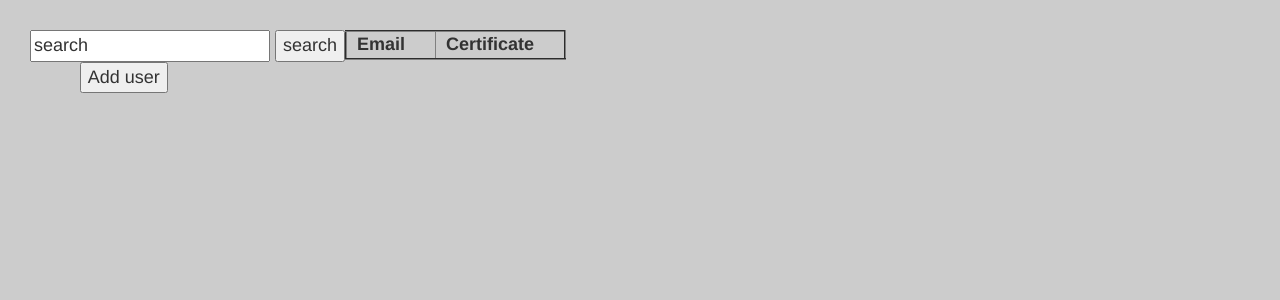
Repository: marijabroceta/ProjekatIB
Page: IB_Project_Shell/src/main/resources/static/main_page.html
These files come from the project's save history. The page is drawn as it stood at one moment and after the next save; the edit follows.
The browser window is 1280 px wide. The pictures show the whole page.
The page's requests for data from a server got no answer.

Above is the page before, as saved 2018-06-30 22:28:02.

### IB_Project_Shell/src/main/resources/static/main_page.html
<!DOCTYPE html>
<html>
<head>
	<title>Main</title>
	<script src="js/jquery-2.1.4.min.js"></script>
	<link rel="stylesheet" type="text/css" href="bootstrap/css/bootstrap.min.css"/>
    <script src="bootstrap/js/bootstrap.min.js"></script>
    <link rel="stylesheet" type="text/css" href="css/main_page.css">
    <script src="js/main_page.js" type="text/javascript"></script>
</head>
<body>

	<div id="table">
		<div id="search_div">
			<input type="text" name="search" id="search" value="search"/>
			<input type="button" name="search_btn" id="search_btn" value="search"/>
		</div>
		<table id="users_table" border="2">
			<tr>
				<th>Email</th>
				<th>Certificate</th>
			</tr>
		</table>
		<div id="buttons">
			<button id="add_user">Add user</button>
			<button id="activate_user">Activate user</button>
		</div>

		<div id="add_form">
			<form name="add_user_form" method="post" id="add_user_form">
		       	<label id="email_lbl" for="email">Email</label>
		 		<input type="text" id="email" name="email"><br>
		 		<label id="pass_lbl" for="password">Password</label>
		 		<input type="password" id="password" name="password"><br>
		 		<input type="submit" name="submit" id="submit" value="submit" class="button" /><br>
		 		<input type="button" name="cancel" id="cancel" value="cancel" class="button" />
	    	</form>
		</div>
		<div id="table_inactive">
			<table id="users_inactive" border="2">

		</table>
		</div>
	</div>

</body>
</html>

### IB_Project_Shell/src/main/resources/static/css/main_page.css
#table{
	/*position: absolute;
    top: 20%;
    left: 30%;
    right: 30%;
    bottom: 20%;*/
    margin-top: 30px;
    margin-left: 30px;
    font-size: 18px;
}

#users_table{
	float:left;
}

#table_inactive{
	margin-top: 30px;

    font-size: 18px;
}

th{
	padding-right: 30px;
	padding-left: 10px;
}

body {
    text-align: center;
    background: #ccc;
}

#buttons{
	margin-top: 30px;
	margin-right: 85%;
}



#add_form{
	margin-top: 30px;
}

/*label,input {
 display: block;
width: 200px;
 float: left;
 margin-left: 20px;
 margin-bottom: 10px;

}*/

#email_lbl,#pass_lbl,#email,#password,#submit,#cancel{
	display: block;
	width: 200px;
 	float: left;
 	margin-left: 20px;
 	margin-bottom: 10px;
}

#search_div{
	float:left;
}

label {
 text-align: right;
 width: 75px;
 padding-right: 20px;

}

br {
 clear: left;
}

#submit,#cancel{
	margin-left:115px;
}

### IB_Project_Shell/src/main/resources/static/js/main_page.js
$(document).ready(function(){
	var user_id = 0;
	var token = localStorage.getItem("token");
	console.log(token);
	var logged = null;
	var activate_user = $('#activate_user');
	$('#add_form').hide();
	activate_user.hide();

	$.ajax({
		url: "https://localhost:8443/api/users/logged",
		type: 'GET',
		headers: { "Authorization": "Bearer " + token},
		contentType : "application/json",
		dataType:'json',
		crossDomain: true,
		success : function(response) {

			console.log("logged " + response.authorities[0].name);
			logged = response;
			if(logged.authorities[0].name == "ADMIN"){
				activate_user.show();
				activate_user.on('click',function(e){
					$.ajax({
						headers:{"Authorization" :"Bearer " + token},
						contentType: 'application/json',
						type: 'GET',
						dataType:'json',
						crossDomain: true,
						url:'https://localhost:8443/api/users/inactive',
						success:function(response){
							table_header_inactive();
							var table = $('#users_inactive');
							for(var i=0; i<response.length; i++) {
								user = response[i];
								console.log(user);
								table.append('<tr class="data">'+
												'<td>'+user.email+'</td>'+
												'<td>'+user.active+'</td>'+
												'<td><button id="activate_btn" onclick="activate_users(' + user.id + ')" class="btn btn-default">Activate</button></td>'+
											'</tr>');
							}
						}
					});
				});
			}
		},
		error: function (jqXHR, textStatus, errorThrown) {
			console.log(jqXHR.status);
			console.log(jqXHR);

		}
	});


	$.ajax({

		headers:{"Authorization" :"Bearer " + token
			},
		contentType: 'application/json',
		type: 'GET',
		dataType:'json',
		crossDomain: true,
		url:'https://localhost:8443/api/users',
		success:function(response){
			table_header();
			var table = $('#users_table');
			for(var i=0; i<response.length; i++) {
				user = response[i];
				console.log(user);
				table.append('<tr class="data">'+
								'<td>'+user.email+'</td>'+
								'<td>'+user.authorities[0].name+'</td>'+
								'<td><button class="btn btn-default">Download</button></td>'+
							'</tr>');
			}
		},
		error: function (jqXHR, textStatus, errorThrown) {
			console.log(jqXHR);
			alert(textStatus);
		}
	});




	$('#add_user').on('click',function(e){
		$('#add_form').show();
		e.preventDefault();
		return false;
	});

	$('#cancel').on('click',function(e){
		$('#add_form').hide();
		e.preventDefault();
		return false;
	});

	$('input#submit').on('click',function(e){

		console.log("submit");
		var email = $('#email').val().trim();
		var password = $('#password').val().trim();

		var data = {
				'email':email,
				'password':password
			}
			console.log(data);
		$.ajax({
				type: 'POST',
		        contentType: 'application/json',
		        headers:{"Authorization" :"Bearer " + token,
		        	"Access-Control-Allow-Origin": "*"},
		        url: 'https://localhost:8443/api/users/save',
		        data: JSON.stringify(data),
		        dataType: 'json',
		        crossDomain: true,
				cache: false,
				processData: false,
				success:function(response){
					alert("Created");
				},
				error: function (jqXHR, textStatus, errorThrown) {
					console.log(jqXHR);
					alert(textStatus);
				}
		});
		e.preventDefault();
		return false;
	});
});

function table_header(){
	var table = $('#users_table');
	table.empty();
	table.append('<tr>'+
					'<th>Email</th>'+
					'<th>Role</th>'+
					'<th>Certificate</th>'+
				'</tr>');
}

function table_header_inactive(){
	var table = $('#users_inactive');
	table.empty();
	table.append('<tr>'+
					'<th>Email</th>'+
					'<th>Active</th>'+

				'</tr>');
}

function activate_users(id){
	var token = localStorage.getItem("token");
	user_id = id;
	console.log(user_id);
	$.ajax({
		type: 'PUT',
        contentType: 'application/json',
        headers:{"Authorization" :"Bearer " + token},

        url: 'https://localhost:8443/api/users/' + id,

        dataType: 'json',
        crossDomain: true,
		cache: false,
		processData: false,
		success:function(response){
			alert("Activated");
		},
		error: function (jqXHR, textStatus, errorThrown) {
			console.log(jqXHR);
			alert(textStatus);
		}
	});
}

function get_users(){

}

Loaded but not shown: IB_Project_Shell/src/main/resources/static/js/jquery-2.1.4.min.js (library); IB_Project_Shell/src/main/resources/static/bootstrap/css/bootstrap.min.css (library); IB_Project_Shell/src/main/resources/static/bootstrap/js/bootstrap.min.js (library)

After the next save:
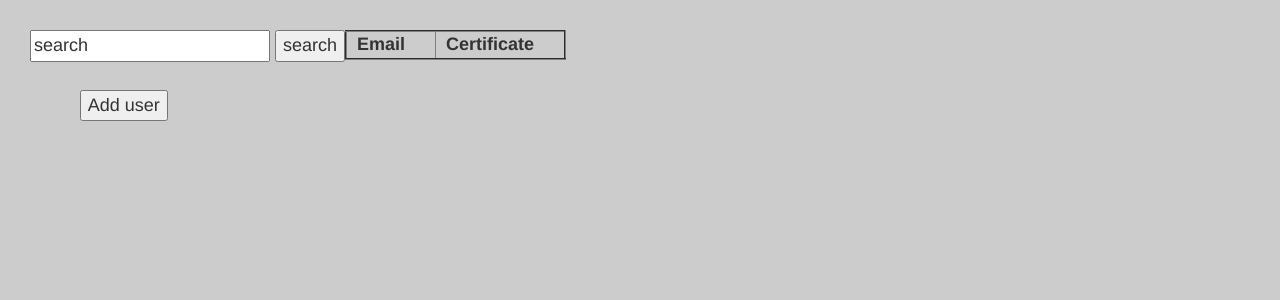
Saved 4 min 0 s later.
--- a/IB_Project_Shell/src/main/resources/static/css/main_page.css
+++ b/IB_Project_Shell/src/main/resources/static/css/main_page.css
@@ -9,7 +9,9 @@
     font-size: 18px;
 }
 
-#users_table{
+
+
+#search_div{
 	float:left;
 }
 
@@ -57,9 +59,7 @@ width: 200px;
  	margin-bottom: 10px;
 }
 
-#search_div{
-	float:left;
-}
+
 
 label {
  text-align: right;
